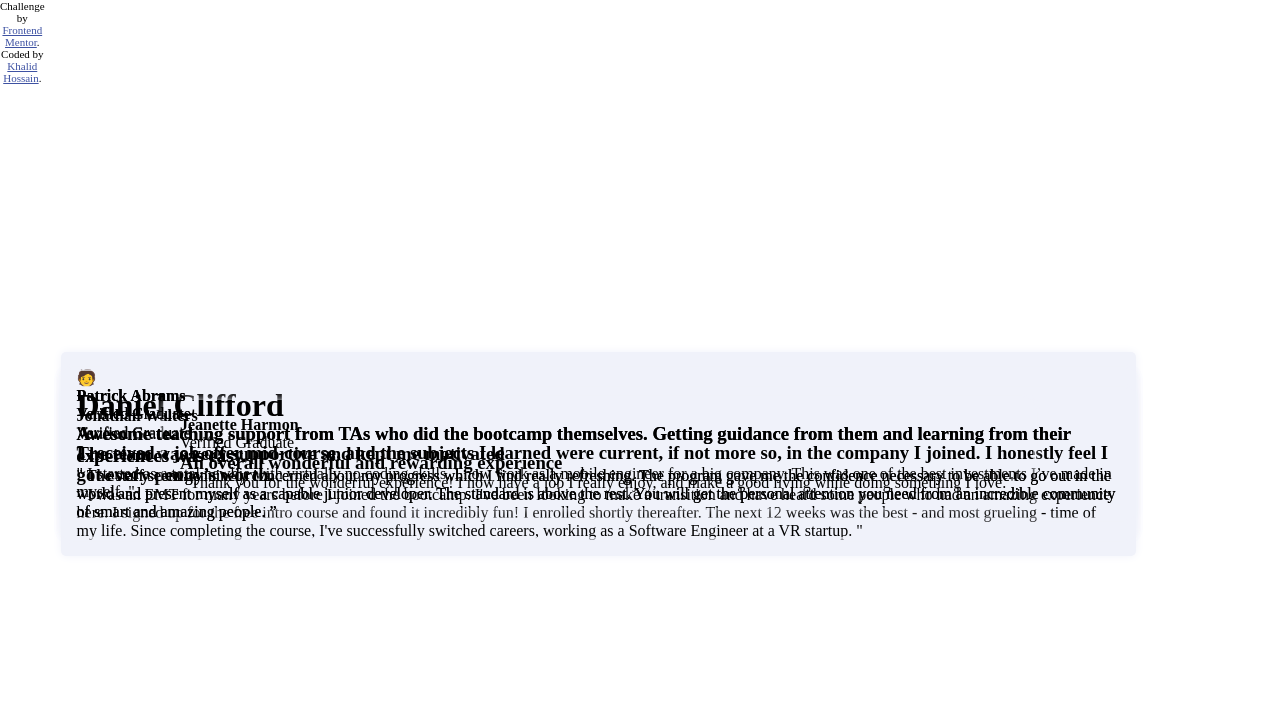
Repository: badhon252/Testimonials-Grid-Section
Page: index.html
These files come from the project's save history. The page is drawn as it stood at one moment and after the next save; the edit follows.
The browser window is 1280 px wide. The pictures show the whole page.

Above is the page before, as saved 2023-02-18 15:40:49.

After the next save:
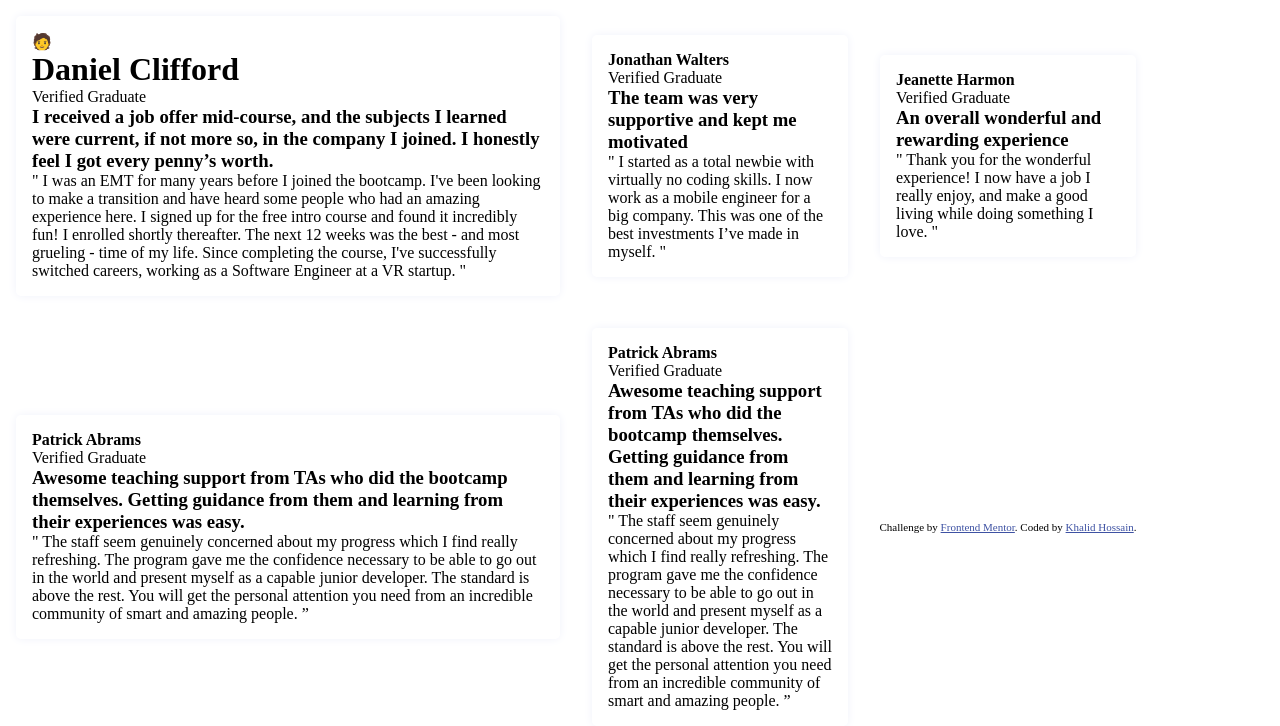
Saved 14 s later.
--- a/css/style.css
+++ b/css/style.css
@@ -25,27 +25,6 @@ body {
     box-shadow: 0 0 10px 0 hsl(227, 47%, 96%);
 }
 
-.box1 {
-    grid-area: box1;
-    background-color: hsl(227, 47%, 96%);
-}
-
-.box2 {
-    grid-area: box2;
-}
-
-.box3 {
-    grid-area: box3;
-}
-
-.box4 {
-    grid-area: box4;
-}
-
-.box5 {
-    grid-area: box5;
-}
-
 .attribution {
     font-size: 11px;
     text-align: center;
